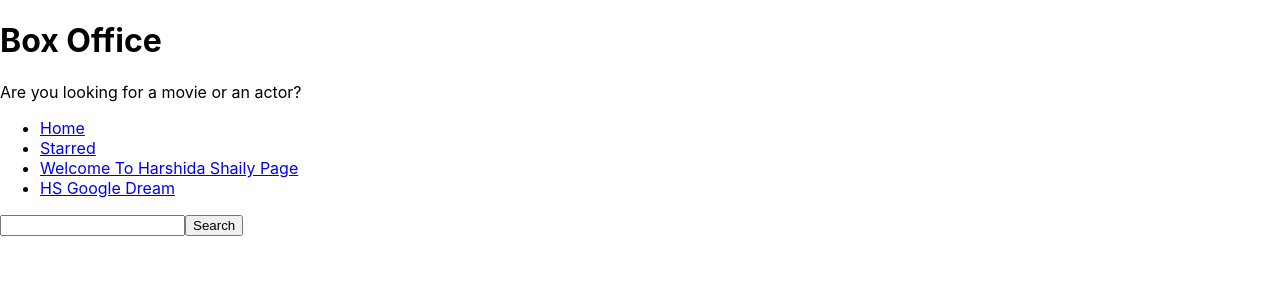
Repository: HARSHIDA18/box-office
Page: /
An editor plug-in stored every save of this project. The page is shown before and after the next save, followed by the edit.
The browser window is 1280 px wide. The pictures show the whole page.
The project was rebuilt for these pictures with package versions that can differ from the ones it lists, and the page was loaded fresh each time. A package was used in the major version that the imports need, not the one package.json lists. Also part of the build but not shown: src/pages/Starred.js. Imported but missing from the stored project, and not drawn on this page: src/serviceWorkerRegistration.

Above is the page before, as saved 2022-06-17 23:39:15.

After the next save:
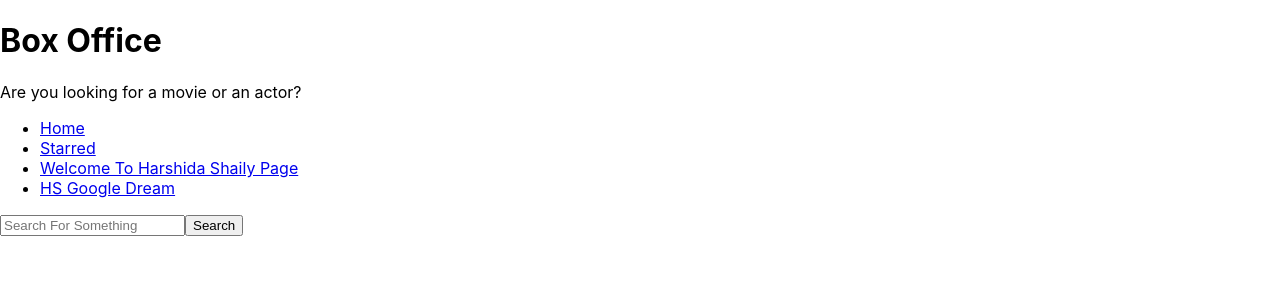
Saved 2 min 23 s later.
--- a/src/pages/Home.js
+++ b/src/pages/Home.js
@@ -44,6 +44,7 @@ function Home() {
     <MainPageLayout>
       <input
         type="text"
+        placeholder="Search For Something"
         onChange={onInputChange}
         onKeyDown={onKeyDown}
         value={input}
